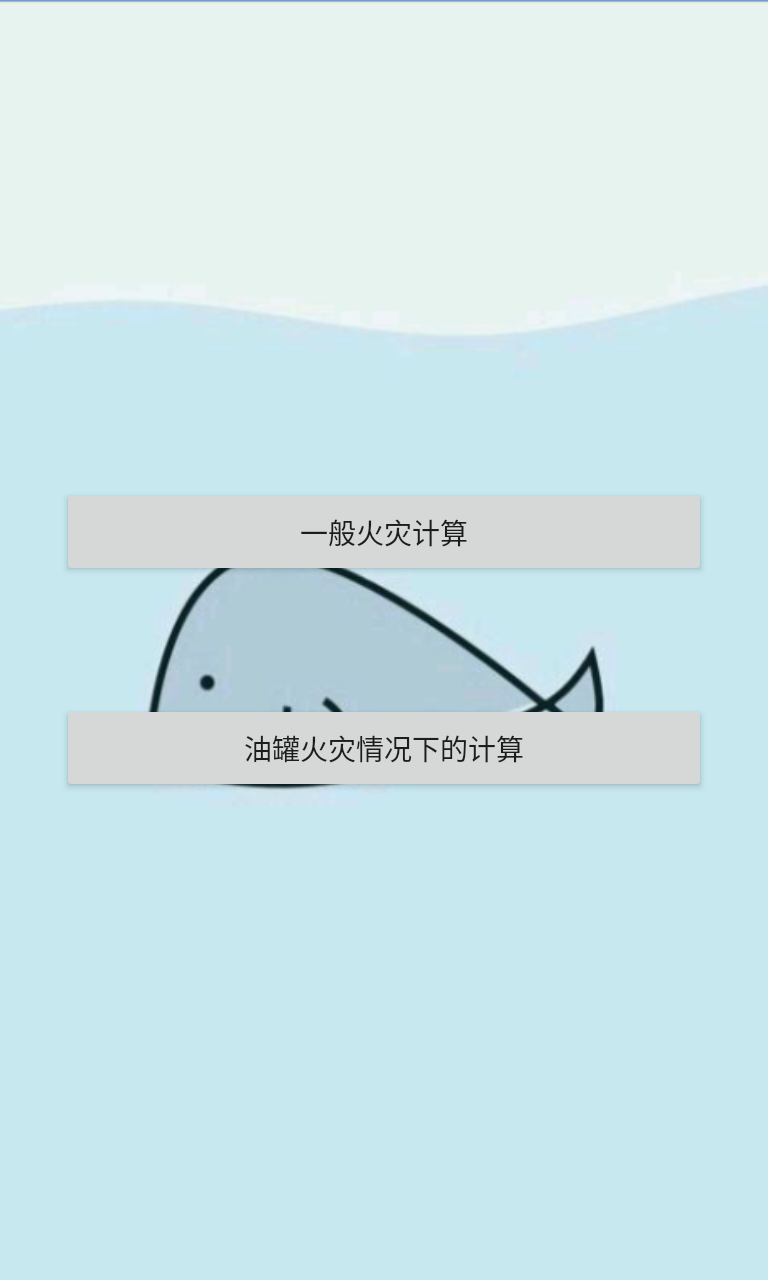
Repository: hohoTT/fireWork_handle_app
Layout: fireWork_handle_app/res/layout/fire_agent.xml
The author's editor kept a copy of each file at every save. The layout is drawn from the files as they stood at one save, then again after the next save.
It is drawn on a 768 x 1280 px phone screen (xhdpi) without system bars, with theme AppTheme; the app's code is not run.

Above is the layout before, as saved 2016-03-06 11:41:26.

### fireWork_handle_app/res/layout/fire_agent.xml
<?xml version="1.0" encoding="utf-8"?>
<LinearLayout xmlns:android="http://schemas.android.com/apk/res/android"
    android:layout_width="match_parent"
    android:layout_height="match_parent"
    android:gravity="center_vertical"
    android:orientation="vertical"
    android:background="@drawable/bg1">

	<Button
	    android:id="@+id/btu_normal_fire"
	    android:layout_width="match_parent"
	    android:layout_height="wrap_content"
	    android:layout_margin="30dp"
	    android:text="@string/normal_fire" />

	<Button
	    android:id="@+id/btu_oilcan_fire"
	    android:layout_width="match_parent"
	    android:layout_height="wrap_content"
	    android:layout_margin="30dp"
	    android:text="@string/oilcan_fire" />


</LinearLayout>

### fireWork_handle_app/res/values/strings.xml
<?xml version="1.0" encoding="utf-8"?>
<resources>

    <string name="app_name">fireWork_handle_app</string>
    <string name="fire_calculate">现场计算</string>
    <string name="fire_agent">火灾剂用量计算</string>
    <string name="fire_plan">火灾预案</string>
    <string name="normal_fire">一般火灾计算</string>
    <string name="normal_fire_result">一般火灾用水量计算结果</string>
    <string name="oilcan_fire">油罐火灾情况下的计算</string>
    <string name="olican_fire_water">冷却用水量计算</string>
    <string name="olican_fire_foam">泡沫用量计算</string>
    <string name="olican_fire_water_result">该油罐火灾用水量计算结果</string>
    <string name="oilcan_fire_foam_result">该油罐火灾泡沫用量计算结果</string>
    <string name="water_power">供水压力计算</string>
    <string name="water_power_fire">火场供水压力计算</string>
    <string name="water_power_pump">水泵接合器供水技术计算</string>
    <string name="water_power_fire_building">建筑火灾供水压力计算</string>
    <string name="water_power_fire_building_result">建筑火灾火场供水压力计算结果</string>
    <string name="water_power_fire_oilcan">油罐火灾供水压力计算</string>
    <string name="water_power_fire_oilcan_result">油罐火灾供水压力计算结果</string>
    <string name="water_power_pump_low">建高小于50米的供水压力计算</string>
    <string name="water_power_pump_low_result">建高小于50米的供水压力计算结果</string>
    <string name="water_power_pump_high">建高高于50米的供水压力计算</string>
    <string name="water_power_pump_high_result">建高高于50米的供水压力计算结果</string>


    <string name="btu_water_power">供水压力计算</string>
    <string name="btu_oilcan_fire">油罐火灾计算</string>
    <string name="fire_area">请输入过火面积</string>
    <string name="olican_diameter">请输入油罐直径</string>
    <string name="text_olican_type">请选择您需要计算的油罐类型:</string>
    <string name="olican_type_fixed">固定顶油罐</string>
    <string name="olican_type_drift">浮顶油罐</string>
    <string name="olican_fire_foam_area">请输入油罐的燃烧面积</string>
    <string name="olican_fire_foam_flow">请输入流量</string>
    <string name="water_power_fire_building_count_feeder">请输入一条干线支线的数量</string>
    <string name="water_power_fire_building_count_groundline_band">请输入一条干线水带数量</string>
    <string name="water_power_fire_building_count_feeder_band">请输入一条支线水带数量</string>
    <string name="water_power_fire_building_height">请输入高度差</string>

    <string name="water_power_fire_oilcan_count_feeder">请输入一条干线支线的数量</string>
    <string name="water_power_fire_oilcan_count_groundline_band">请输入一条干线水带数量</string>
    <string name="water_power_fire_oilcan_count_feeder_band">请输入一条支线水带数量</string>
    <string name="water_power_fire_oilcan_height">请输入高度差</string>
    <string name="water_power_pump_low_height">请输入建筑高度(小于50米)</string>
    <string name="water_power_pump_high_height">请输入建筑高度(大于50米)</string>



    <string name="text_water">一般火灾中每秒的用水量为 : </string>
    <string name="text_fire_time">10吨消防车可持续灭火的时间为 : </string>
    <string name="text_oilcan_fire_water">该油罐火灾中每秒的用水量为 : </string>
    <string name="text_oilcan_fire_foam_water">该油罐火灾中水的用量为 : </string>
    <string name="text_oilcan_fire_form_stoste">该油罐火灾中泡沫原液的用量为 : </string>
    <string name="text_water_power_fire_building_65">65mm水带建筑火灾的供水压力为 : </string>
    <string name="text_water_power_fire_building_80">80mm水带建筑火灾的供水压力为 : </string>
    <string name="text_water_power_fire_oilcan_65">65mm水带油罐火灾的供水压力为 : </string>
    <string name="text_water_power_fire_oilcan_80">80mm水带油罐火灾的供水压力为 :</string>
    <string name="test_water_power_pump_low_height">该建筑高度下的供水压力为 :</string>
    <string name="test_water_power_pump_high_height">该建筑高度下的供水压力为 :</string>


    <string name="btn_send">提交</string>

    <string name="hello_world">Hello world!</string>
    <string name="action_settings">Settings</string>





</resources>

### fireWork_handle_app/res/drawable/shape_one.xml
<?xml version="1.0" encoding="utf-8"?>
<shape
    xmlns:android="http://schemas.android.com/apk/res/android"

  android:shape="oval">

    <!-- 填充的颜色 -->

    <solid android:color="#EED5B7"/>

     <!-- 设置按钮的四个角为弧形 -->

     <!-- android:radius 弧形的半径 -->

     <corners android:radius="360dip"/>



     <!-- padding: Button 里面的文字与Button边界的间隔 -->

     <padding

        android:left="10dp"

        android:top="10dp"

        android:right="10dp"

        android:bottom="10dp"

     />

</shape>

Loaded but not shown: fireWork_handle_app/res/values/styles.xml (common file); fireWork_handle_app/res/values-v11/styles.xml (common file); fireWork_handle_app/res/values-v14/styles.xml (common file)

After the next save:
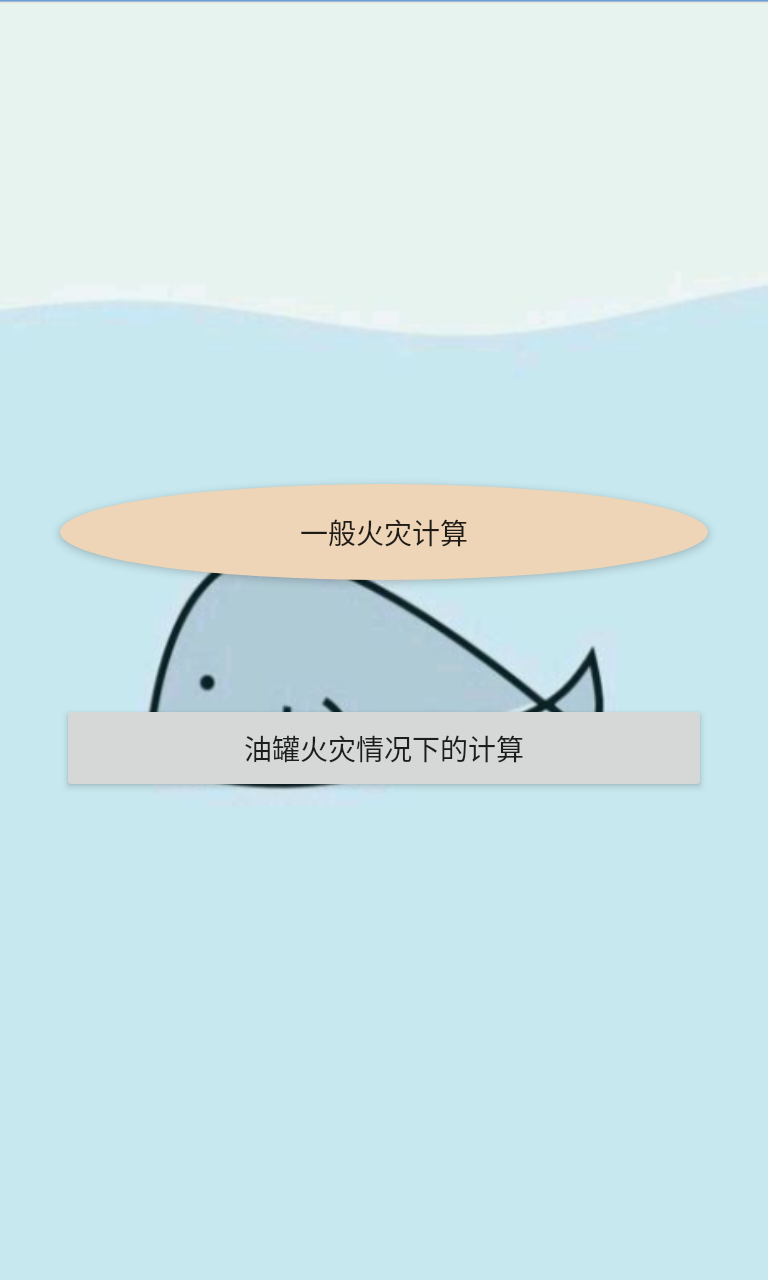
Saved 22 s later.
--- a/fireWork_handle_app/res/layout/fire_agent.xml
+++ b/fireWork_handle_app/res/layout/fire_agent.xml
@@ -11,7 +11,8 @@
 	    android:layout_width="match_parent"
 	    android:layout_height="wrap_content"
 	    android:layout_margin="30dp"
-	    android:text="@string/normal_fire" />
+	    android:text="@string/normal_fire"
+	    android:background="@drawable/shape_one" />
 
 	<Button
 	    android:id="@+id/btu_oilcan_fire"
